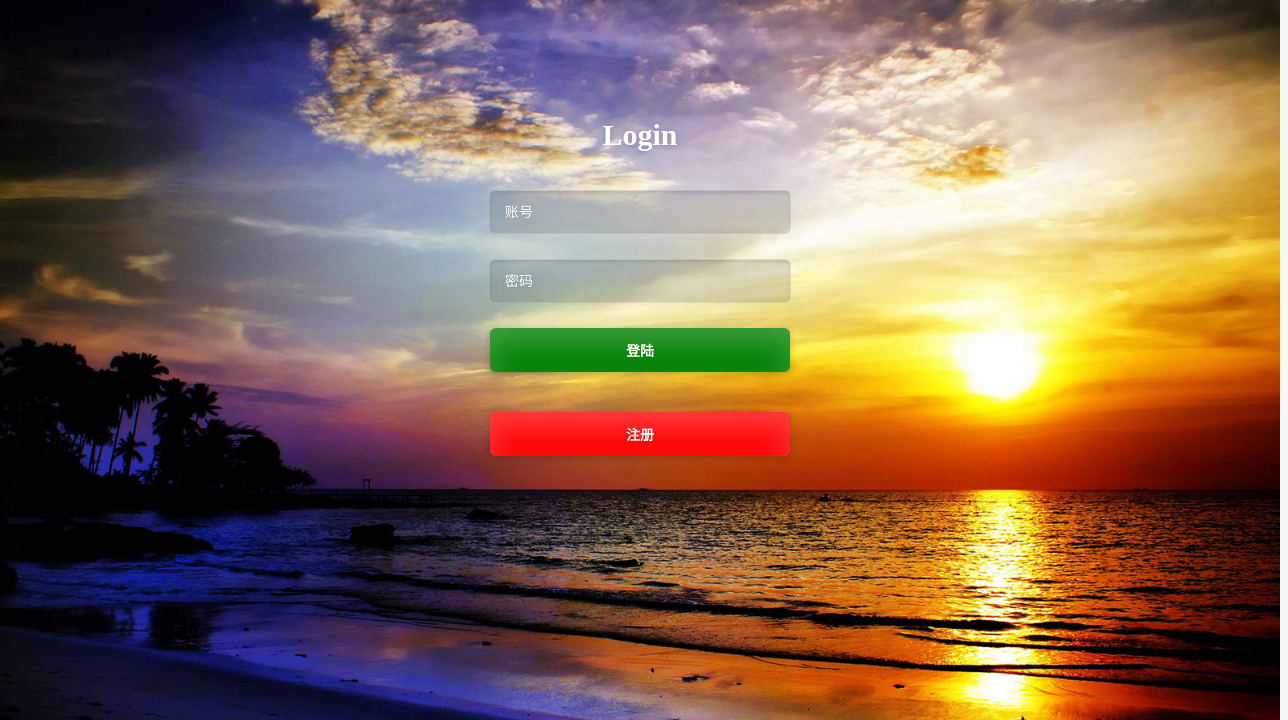
Repository: SUT-GC/myblog
Page: http://localhost/myblog/jsp/login/login.jsp
These files come from the project's save history. The page is drawn as it stood at one moment and after the next save; the edit follows.
The browser window is 1280 px wide. The page is 1280 px wide, then 1288 px, so the pictures cover 1288 px, including what lies to the right of the window. The pictures show the whole page.
Some web libraries are served in a nearby version. The page is served by Tomcat 9.

Above is the page before, as saved 2015-09-29 14:33:08.
Console error: TypeError: $(...).live is not a function

After the next save:
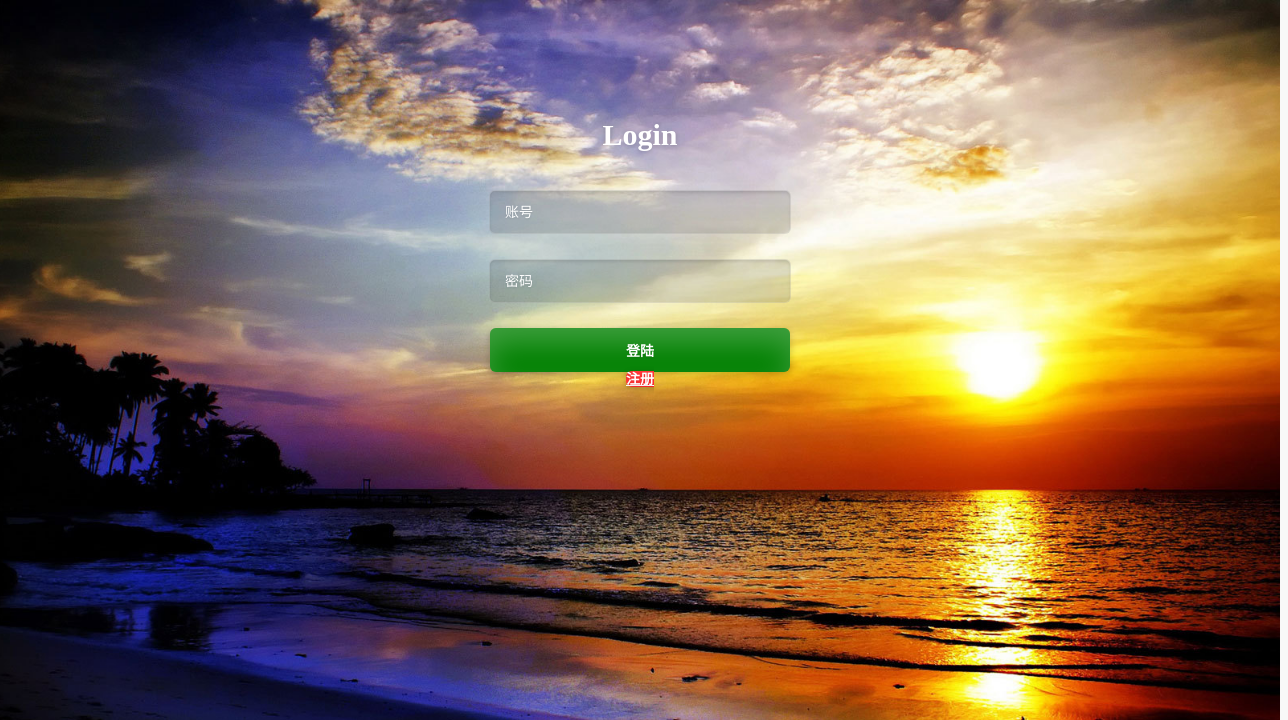
Saved 43 h 16 min later.
--- a/javaee_workspace/myblog/WebContent/jsp/login/login.jsp
+++ b/javaee_workspace/myblog/WebContent/jsp/login/login.jsp
@@ -35,10 +35,7 @@
 					<input type="password" name="password" class="password" placeholder="密码" oncontextmenu="return false" onpaste="return false" />
                 </div>
                 <button id="submit" type="button">登陆</button>
-
-            </form>
-            <form action="../registered/registered.jsp" method="post">
-            	<button id="register" type="button" onclick="toRegister()">注册</button>
+            	<a href="../registered/registered.jsp"<button id="register" type="button" onclick="toRegister()">注册</button>
             </form>
             <div class="connect">
                 <p>You cannot improve your past, but you can improve your future. </p>
